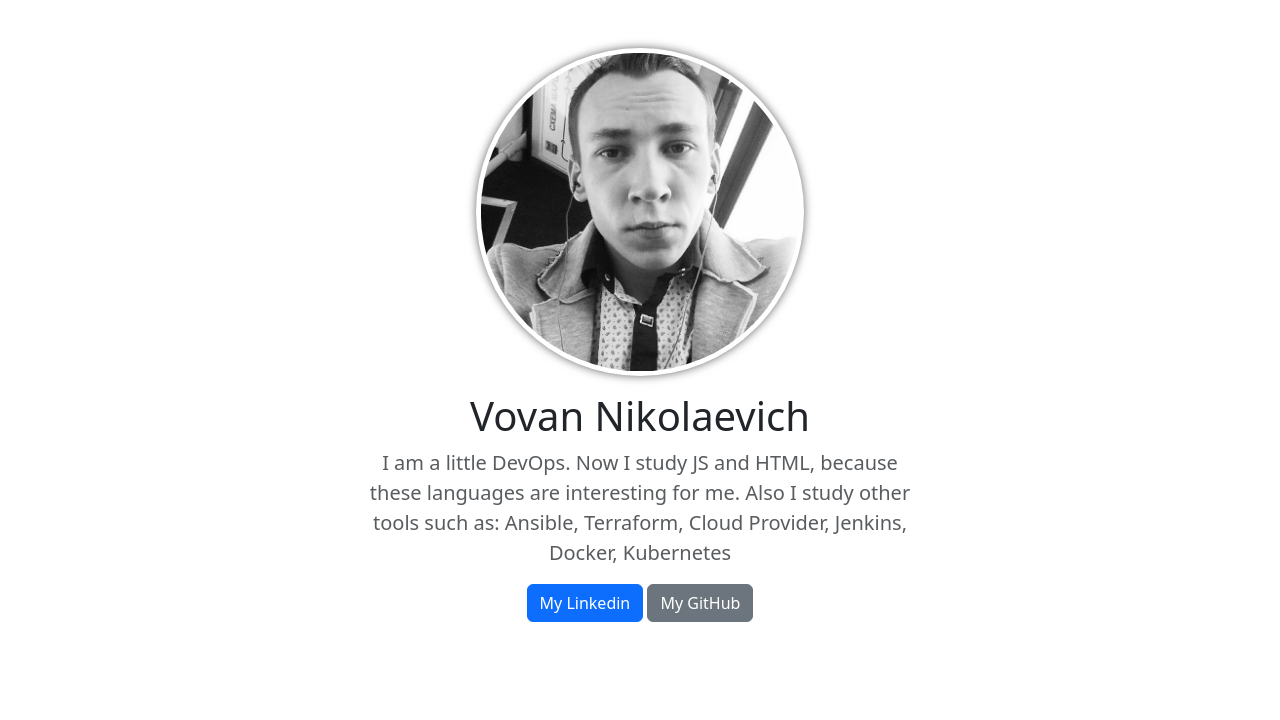
Repository: vovanbl411/mini-web-site
Page: index.html
The author's editor kept a copy of each file at every save. The page is drawn from the files as they stood at one save, then again after the next save.
The browser window is 1280 px wide. The pictures show the whole page.

Above is the page before, as saved 2023-01-21 23:51:31.

After the next save:
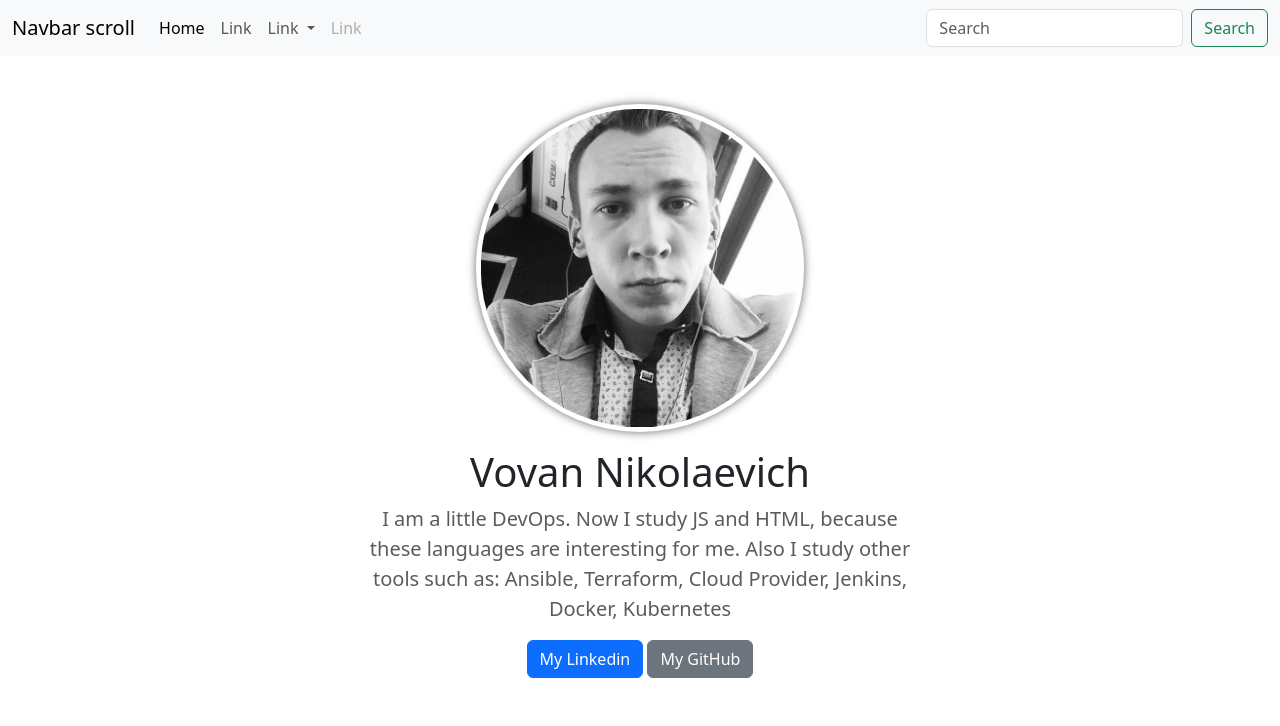
Saved 15 min 1 s later.
--- a/index.html
+++ b/index.html
@@ -21,6 +21,68 @@
     </style>
   </head>
   <body>
+    <nav class="navbar navbar-expand-lg bg-body-tertiary">
+      <div class="container-fluid">
+        <a class="navbar-brand" href="#">Navbar scroll</a>
+        <button
+          class="navbar-toggler"
+          type="button"
+          data-bs-toggle="collapse"
+          data-bs-target="#navbarScroll"
+          aria-controls="navbarScroll"
+          aria-expanded="false"
+          aria-label="Toggle navigation"
+        >
+          <span class="navbar-toggler-icon"></span>
+        </button>
+        <div class="collapse navbar-collapse" id="navbarScroll">
+          <ul
+            class="navbar-nav me-auto my-2 my-lg-0 navbar-nav-scroll"
+            style="--bs-scroll-height: 100px"
+          >
+            <li class="nav-item">
+              <a class="nav-link active" aria-current="page" href="#">Home</a>
+            </li>
+            <li class="nav-item">
+              <a class="nav-link" href="#">Link</a>
+            </li>
+            <li class="nav-item dropdown">
+              <a
+                class="nav-link dropdown-toggle"
+                href="#"
+                role="button"
+                data-bs-toggle="dropdown"
+                aria-expanded="false"
+              >
+                Link
+              </a>
+              <ul class="dropdown-menu">
+                <li><a class="dropdown-item" href="#">Action</a></li>
+                <li><a class="dropdown-item" href="#">Another action</a></li>
+                <li><hr class="dropdown-divider" /></li>
+                <li>
+                  <a class="dropdown-item" href="#">Something else here</a>
+                </li>
+              </ul>
+            </li>
+            <li class="nav-item">
+              <a class="nav-link disabled">Link</a>
+            </li>
+          </ul>
+          <form class="d-flex" role="search">
+            <input
+              class="form-control me-2"
+              type="search"
+              placeholder="Search"
+              aria-label="Search"
+            />
+            <button class="btn btn-outline-success" type="submit">
+              Search
+            </button>
+          </form>
+        </div>
+      </div>
+    </nav>
     <div class="container text-center my-5">
       <div class="row">
         <div class="col-lg-6 col-md-8 mx-auto">
